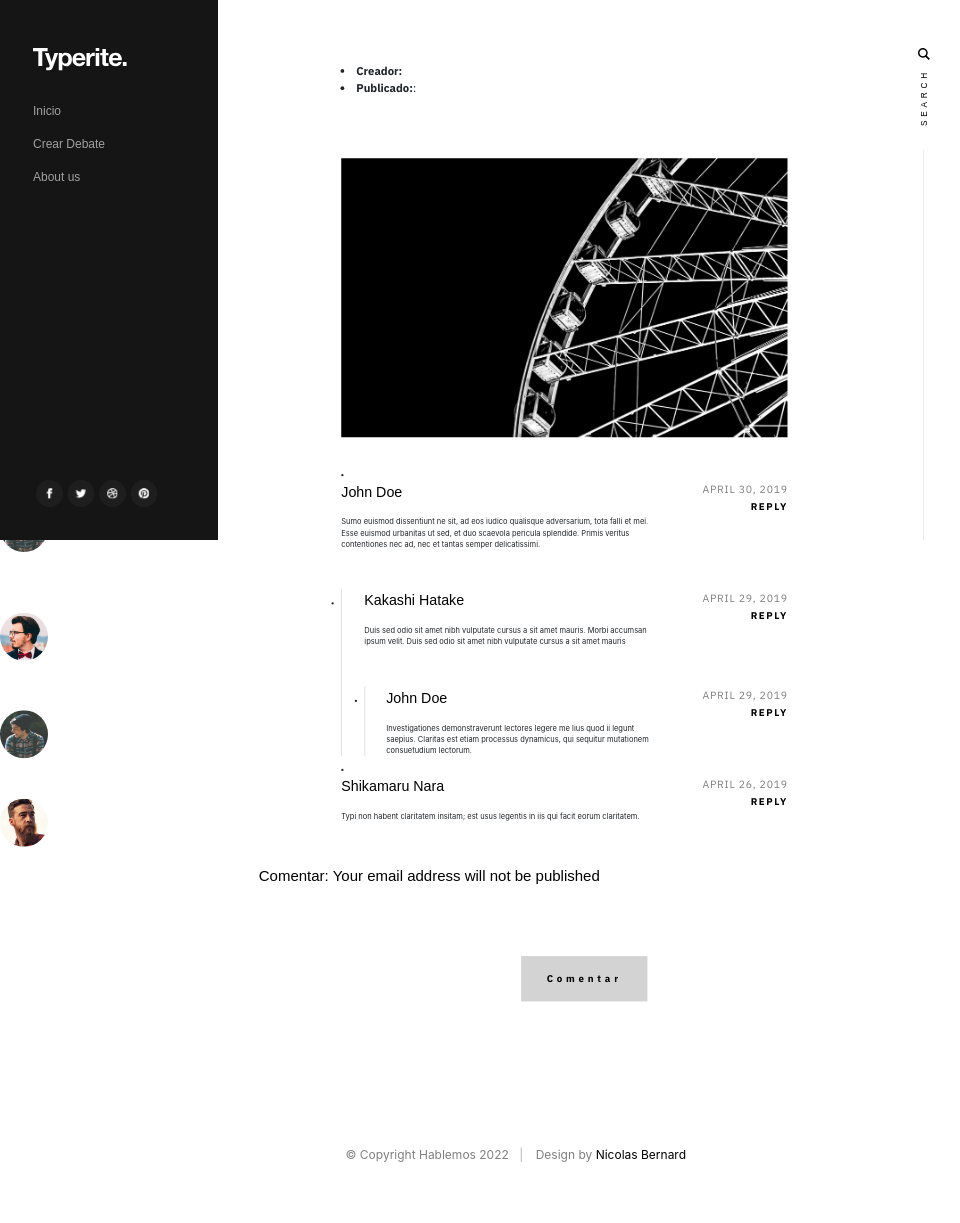
Repository: nicolasbernard01/Hablemos
Page: hablemosapp/templates/hablemosapp/leer_debate.html
These files come from the project's save history. The page is drawn as it stood at one moment and after the next save; the edit follows.
The browser window is 1280 px wide. The pictures show the whole page, at 75% of full size.
Some web fonts or font styles are not loaded; a fallback is used. The page is served by the project's application, run on Django 4.2 (manage.py). Other server files are loaded and not shown. The template is opened directly, without the code that normally fills it, so the values that code supplies are empty.

Above is the page before, as saved 2022-07-21 23:27:53.

### hablemosapp/templates/hablemosapp/leer_debate.html
{% extends 'hablemosapp/debates.html' %}
{% load static %}
<!DOCTYPE html>
<html class="no-js" lang="en">
<head>


{% block contenido %}
{% load crispy_forms_tags %}
<!-- site header
        ================================================== -->
        <header class="s-header">

            <div class="header__top">
                <div class="header__logo">
                    <a class="site-logo" href="{% url 'debates' %}">
                        <img src="{% static 'images/logo.svg' %}" alt="Homepage">
                    </a>
                </div>

                <div class="header__search">

                    <form role="search" method="get" class="header__search-form" action="#">
                        <label>
                            <span class="hide-content">Search for:</span>
                            <input type="search" class="header__search-field" placeholder="Type Keywords" value="" name="s" title="Search for:" autocomplete="off">
                        </label>
                        <input type="submit" class="header__search-submit" value="Search">
                    </form>

                    <a href="#0" title="Close Search" class="header__search-close">Close</a>

                </div>  <!-- end header__search -->

                <!-- toggles -->
                <a href="#0" class="header__search-trigger"></a>
                <a href="#0" class="header__menu-toggle"><span>Menu</span></a>

            </div> <!-- end header__top -->

            <nav class="header__nav-wrap">

                <ul class="header__nav">
                    <li><a href="{% url 'debates' %}" title="">Inicio</a></li>
                    <li><a href="{% url 'crear_debate' %}" title="">Crear Debate</a></li>
                    <li><a href="page-contact.html" title="">About us</a></li>
                </ul> <!-- end header__nav -->

                <ul class="header__social">
                    <li class="ss-facebook">
                        <a href="https://facebook.com/">
                            <span class="screen-reader-text">Facebook</span>
                        </a>
                    </li>
                    <li class="ss-twitter">
                        <a href="#0">
                            <span class="screen-reader-text">Twitter</span>
                        </a>
                    </li>
                    <li class="ss-dribbble">
                        <a href="#0">
                            <span class="screen-reader-text">Dribbble</span>
                        </a>
                    </li>
                    <li class="ss-pinterest">
                        <a href="#0">
                            <span class="screen-reader-text">Behance</span>
                        </a>
                    </li>
                </ul>
            </nav> <!-- end header__nav-wrap -->
        </header> <!-- end s-header -->


        <!-- site content
        ================================================== -->

        <div class="s-content content">
            <main class="row content__page">

                <article class="column large-full entry format-standard" style="justify-content:center">
                    {% if debate.imagen %}
                    <div class="media-wrap entry__media">
                        <div class="entry__post-thumb">
                            <img src="{{debate.imagen.url}}" style="width:100%; height: 550px; padding-left: 125px;">
                      </div>
                    </div>
                    {% endif %}
                    <div class="content__entry__header" style="padding-left: 130px;">
                        <h1 style= "font-size: 45px">
                            {{debate.titulo}}
                        </h1>
                        <ul>
                            <br>
                            <li class="author" style="font-size: 15px;"><b>Creador:</b> {{debate.autor.username}}</a></li>
                            <li class="date" style="font-size: 15px;"><b>Publicado:</b>: {{debate.creado}}</li>
                            <br>
                        </ul>
                    </div> <!-- end entry__header -->

                    <div style="padding-left: 130px;">

                        <p style="font-size: 20px;">
                        <b>{{debate.subtitulo}}</b>
                        </p>
                        <br>
                        <p style="font-size: 15px;">
                        {{debate.cuerpo}}
                        </p>

                        <p>
                        <img src="images/wheel-1000.jpg"
                             srcset="images/wheel-2000.jpg 2000w,
                                     images/wheel-1000.jpg 1000w,
                                     images/wheel-500.jpg 500w"
                                     sizes="(max-width: 2000px) 100vw, 2000px" alt="">
                        </p>

                        {% for comentario in comentarios  %}
                                <div class="comments-wrap">

                                    <div id="comments" class="column large-12">


                                        <h3 class="h2">5 Comments</h3>

                                        <!-- START commentlist -->
                                        <ol class="commentlist">

                                            <li class="depth-1 comment">

                                                <div class="comment__avatar">
                                                    <img class="avatar" src="{% static 'images/avatars/user-01.jpg' %}" alt="" width="50" height="50">
                                                </div>

                                                <div class="comment__content">

                                                    <div class="comment__info">
                                                        <div class="comment__author">{{comentario.autor}}</div>

                                                        <div class="comment__meta">
                                                            <div class="comment__time">{{comentario.creado}}</div>
                                                            <div class="comment__reply">
                                                                <a class="comment-reply-link" href="#0">Reply</a>
                                                            </div>
                                                        </div>
                                                    </div>

                                                    <div class="comment__text">
                                                    <p>{{comentario.comentario}}</p>
                                                    </div>

                                                </div>

                                            </li> <!-- end comment level 1 -->
                                {% endfor %}
                                            <li class="thread-alt depth-1 comment">

                                                <div class="comment__avatar">
                                                    <img class="avatar" src="{%static 'images/avatars/user-04.jpg'%}" alt="" width="50" height="50">
                                                </div>

                                                <div class="comment__content">

                                                    <div class="comment__info">
                                                        <div class="comment__author">John Doe</div>

                                                        <div class="comment__meta">
                                                            <div class="comment__time">April 30, 2019</div>
                                                            <div class="comment__reply">
                                                                <a class="comment-reply-link" href="#0">Reply</a>
                                                            </div>
                                                        </div>
                                                    </div>

                                                    <div class="comment__text">
                                                    <p>Sumo euismod dissentiunt ne sit, ad eos iudico qualisque adversarium, tota falli et mei. Esse euismod
                                                    urbanitas ut sed, et duo scaevola pericula splendide. Primis veritus contentiones nec ad, nec et
                                                    tantas semper delicatissimi.</p>
                                                    </div>

                                                </div>

                                                <ul class="children">

                                                    <li class="depth-2 comment">

                                                        <div class="comment__avatar">
                                                            <img class="avatar" src="{%static 'images/avatars/user-03.jpg'%}" alt="" width="50" height="50">
                                                        </div>

                                                        <div class="comment__content">

                                                            <div class="comment__info">
                                                                <div class="comment__author">Kakashi Hatake</div>

                                                                <div class="comment__meta">
                                                                    <div class="comment__time">April 29, 2019</div>
                                                                    <div class="comment__reply">
                                                                        <a class="comment-reply-link" href="#0">Reply</a>
                                                                    </div>
                                                                </div>
                                                            </div>

                                                            <div class="comment__text">
                                                                <p>Duis sed odio sit amet nibh vulputate
                                                                cursus a sit amet mauris. Morbi accumsan ipsum velit. Duis sed odio sit amet nibh vulputate
                                                                cursus a sit amet mauris</p>
                                                            </div>

                                                        </div>

                                                        <ul class="children">

                                                            <li class="depth-3 comment">

                                                                <div class="comment__avatar">
                                                                    <img class="avatar" src="{%static 'images/avatars/user-04.jpg'%}" alt="" width="50" height="50">
                                                                </div>

                                                                <div class="comment__content">

                                                                    <div class="comment__info">
                                                                        <div class="comment__author">John Doe</div>

                                                                        <div class="comment__meta">
                                                                            <div class="comment__time">April 29, 2019</div>
                                                                            <div class="comment__reply">
                                                                                <a class="comment-reply-link" href="#0">Reply</a>
                                                                            </div>
                                                                        </div>
                                                                    </div>

                                                                    <div class="comment__text">
                                                                    <p>Investigationes demonstraverunt lectores legere me lius quod ii legunt saepius. Claritas est
                                                                    etiam processus dynamicus, qui sequitur mutationem consuetudium lectorum.</p>
                                                                    </div>

                                                                </div>

                                                            </li>

                                                        </ul>

                                                    </li>

                                                </ul>

                                        </li> <!-- end comment level 1 -->

                                        <li class="depth-1 comment">

                                            <div class="comment__avatar">
                                                <img class="avatar" src="{%static 'images/avatars/user-02.jpg'%}" alt="" width="50" height="50">
                                            </div>

                                            <div class="comment__content">

                                                <div class="comment__info">
                                                    <div class="comment__author">Shikamaru Nara</div>

                                                    <div class="comment__meta">
                                                        <div class="comment__time">April 26, 2019</div>
                                                        <div class="comment__reply">
                                                            <a class="comment-reply-link" href="#0">Reply</a>
                                                        </div>
                                                    </div>
                                                </div>

                                                <div class="comment__text">
                                                <p>Typi non habent claritatem insitam; est usus legentis in iis qui facit eorum claritatem.</p>
                                                </div>

                                            </div>

                                        </li>  <!-- end comment level 1 -->

                                    </ol>
                                    <!-- END commentlist -->

                                </div> <!-- end comments -->

                                <div class="column large-12 comment-respond">

                                    <!-- START respond -->
                                    <div id="respond">

                                        <h3 class="h2">Comentar: <span>Your email address will not be published</span></h3>

                                        <form style="padding-left: 350px; font-size:10px;" action="" method="post" enctype="multipart/form-data",>

                                            {% csrf_token %}

                                            {{ form | crispy}}
                                            <br>
                                            <br>

                                        <button type="submit;" style="font-size: 13px;" ><strong>Comentar</strong></button>

                                    </form>
                                        </form> <!-- end form -->

                                    </div>
                                    <!-- END respond-->

                                </div> <!-- end comment-respond -->

                            </div> <!-- end comments-wrap -->
                        </main>

                    </div> <!-- end s-content -->

{%endblock%}

### hablemosapp/urls.py
from django.urls import path
from .views import *

urlpatterns = [

    path('login/', login_request, name='login'),
    path('register/', register_request, name='register'),
    path('logout/', logout_request, name='logout'),
    path('editar_perfil/', editar_perfil, name='editar_perfil'),
    path('user_avatar/', user_avatar, name='user_avatar'),
    path('enviar_mensaje/', enviar_mensaje, name='enviar_mensaje'),
    path('leer_mensajes/', leer_mensajes, name='leer_mensajes'),
    path('debates/', debates, name="debates"),
    path('crear_debate/', crear_debate, name="crear_debate"),
    path('leer_debate/<debate_id>', leer_debate, name='leer_debate'),
    path('debate/editar/<pk>', DebateUpdate.as_view(), name="debate_update"),
    path('debate/eliminar/<pk>', DebateDelete.as_view(), name="debate_delete"),

]

Loaded but not shown: static/js/modernizr.js (library); static/js/jquery-3.2.1.min.js (library); static/js/plugins.js (library); static/images/logo.svg (47 lines, source omitted); static/images/icons/social/icon-dribbble.svg (15 lines, source omitted); static/images/icons/social/icon-pinterest.svg (13 lines, source omitted); static/images/icons/social/icon-twitter.svg (12 lines, source omitted); static/images/icons/icon-search-w.svg (10 lines, source omitted); static/images/icons/social/icon-facebook.svg (8 lines, source omitted); static/images/icons/icon-arrow-up.svg (7 lines, source omitted); static/images/icons/icon-search.svg (1 lines, source omitted); static/js/main.js (291 lines, source omitted); static/css/main.css (3622 lines, source omitted); static/css/base.css (1300 lines, source omitted); hablemosapp/templates/hablemosapp/debates.html (254 lines, source omitted); static/css/vendor.css (531 lines, source omitted); projectohablemos/urls.py (29 lines, source omitted)

After the next save:
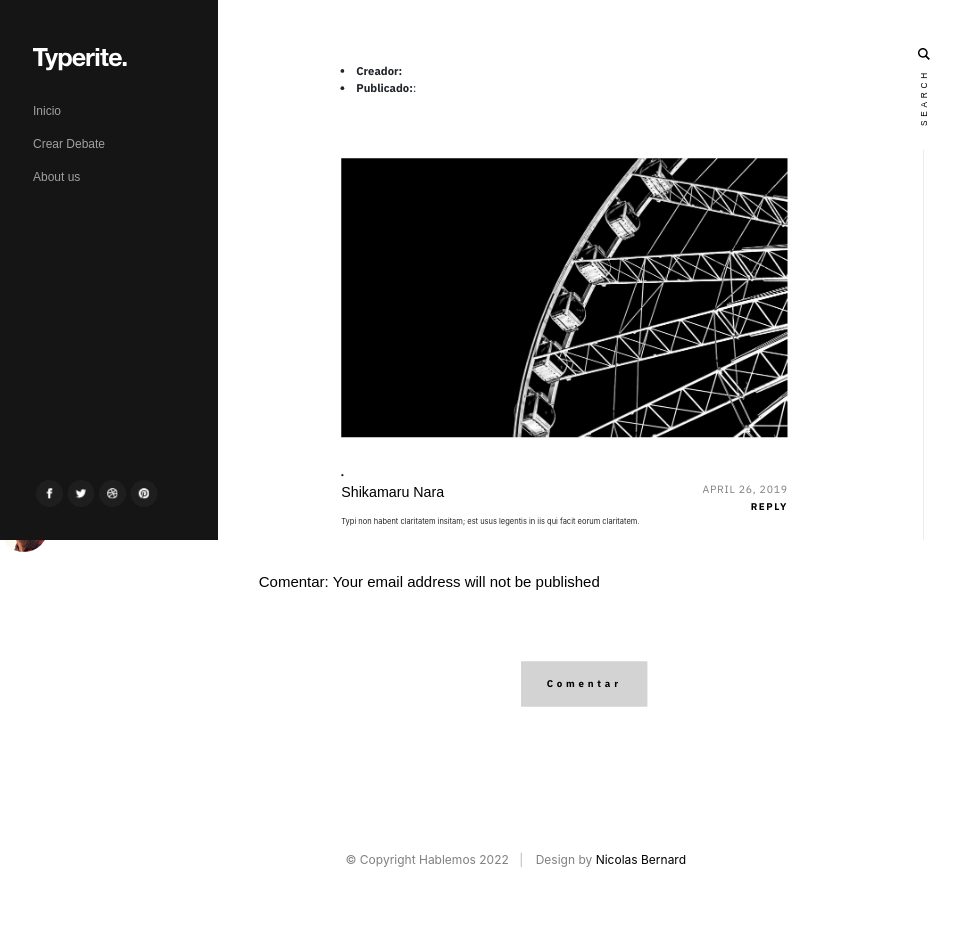
Saved 18 min 54 s later.
--- a/hablemosapp/templates/hablemosapp/leer_debate.html
+++ b/hablemosapp/templates/hablemosapp/leer_debate.html
@@ -154,97 +154,7 @@
 
                                             </li> <!-- end comment level 1 -->
                                 {% endfor %}
-                                            <li class="thread-alt depth-1 comment">
-
-                                                <div class="comment__avatar">
-                                                    <img class="avatar" src="{%static 'images/avatars/user-04.jpg'%}" alt="" width="50" height="50">
-                                                </div>
-
-                                                <div class="comment__content">
-
-                                                    <div class="comment__info">
-                                                        <div class="comment__author">John Doe</div>
-
-                                                        <div class="comment__meta">
-                                                            <div class="comment__time">April 30, 2019</div>
-                                                            <div class="comment__reply">
-                                                                <a class="comment-reply-link" href="#0">Reply</a>
-                                                            </div>
-                                                        </div>
-                                                    </div>
-
-                                                    <div class="comment__text">
-                                                    <p>Sumo euismod dissentiunt ne sit, ad eos iudico qualisque adversarium, tota falli et mei. Esse euismod
-                                                    urbanitas ut sed, et duo scaevola pericula splendide. Primis veritus contentiones nec ad, nec et
-                                                    tantas semper delicatissimi.</p>
-                                                    </div>
-
-                                                </div>
-
-                                                <ul class="children">
-
-                                                    <li class="depth-2 comment">
-
-                                                        <div class="comment__avatar">
-                                                            <img class="avatar" src="{%static 'images/avatars/user-03.jpg'%}" alt="" width="50" height="50">
-                                                        </div>
-
-                                                        <div class="comment__content">
-
-                                                            <div class="comment__info">
-                                                                <div class="comment__author">Kakashi Hatake</div>
-
-                                                                <div class="comment__meta">
-                                                                    <div class="comment__time">April 29, 2019</div>
-                                                                    <div class="comment__reply">
-                                                                        <a class="comment-reply-link" href="#0">Reply</a>
-                                                                    </div>
-                                                                </div>
-                                                            </div>
-
-                                                            <div class="comment__text">
-                                                                <p>Duis sed odio sit amet nibh vulputate
-                                                                cursus a sit amet mauris. Morbi accumsan ipsum velit. Duis sed odio sit amet nibh vulputate
-                                                                cursus a sit amet mauris</p>
-                                                            </div>
-
-                                                        </div>
-
-                                                        <ul class="children">
-
-                                                            <li class="depth-3 comment">
-
-                                                                <div class="comment__avatar">
-                                                                    <img class="avatar" src="{%static 'images/avatars/user-04.jpg'%}" alt="" width="50" height="50">
-                                                                </div>
-
-                                                                <div class="comment__content">
-
-                                                                    <div class="comment__info">
-                                                                        <div class="comment__author">John Doe</div>
-
-                                                                        <div class="comment__meta">
-                                                                            <div class="comment__time">April 29, 2019</div>
-                                                                            <div class="comment__reply">
-                                                                                <a class="comment-reply-link" href="#0">Reply</a>
-                                                                            </div>
-                                                                        </div>
-                                                                    </div>
-
-                                                                    <div class="comment__text">
-                                                                    <p>Investigationes demonstraverunt lectores legere me lius quod ii legunt saepius. Claritas est
-                                                                    etiam processus dynamicus, qui sequitur mutationem consuetudium lectorum.</p>
-                                                                    </div>
-
-                                                                </div>
-
-                                                            </li>
-
-                                                        </ul>
-
-                                                    </li>
-
-                                                </ul>
+
 
                                         </li> <!-- end comment level 1 -->
 
